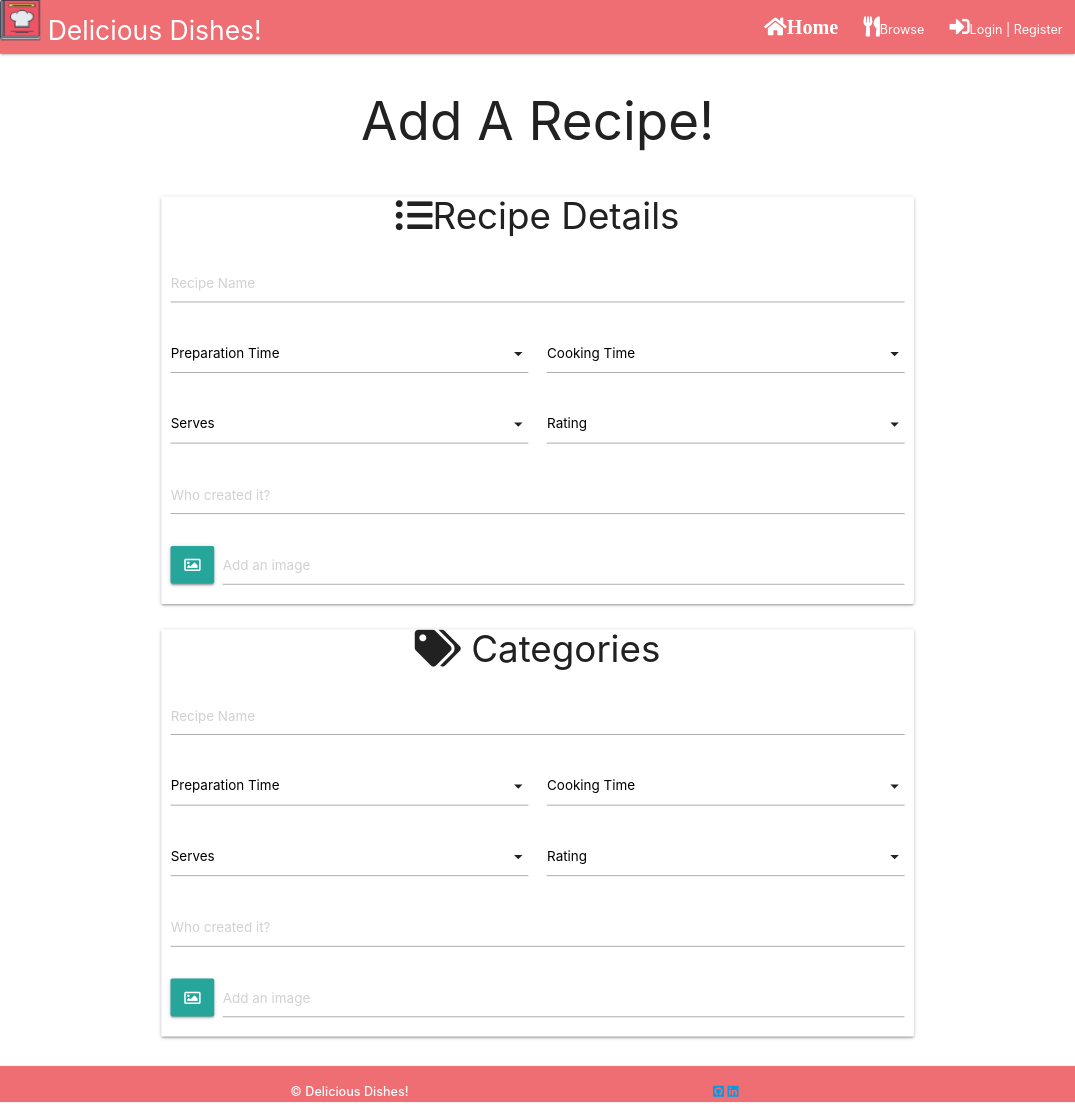
Repository: hebs87/cookbook-milestone-project-three
Page: templates/add_recipe.html
The author's editor kept a record of every edit. The page is drawn from the files as they stood at one moment, then again after the next edit.
The browser window is 1280 px wide. The pictures show the whole page, at 84% of full size.
Some web libraries are served in a nearby version. The page is served by the project's application, run on Flask 3 (app.py). Other server files are loaded and not shown. The template is opened directly, without the code that normally fills it, so the values that code supplies are empty.

Above is the page before.

### templates/add_recipe.html
{% extends "base.html" %} {% block content %}

<!--Page Title-->
<div class="row center-align">
    <div class="col s12">
        <h1 class="title"> Add A Recipe!</h1>
    </div>
</div>

<!--ADD RECIPE FORM WITH NESTED CARDS FOR RELEVANT SECTIONS-->
<div class="row center-align">
    <form method="GET" action="">

        <!--Recipe Details Card-->
        <div class="row card z-depth-1">
            <!--Card Title-->
            <h3><i class="fas fa-list-ul"></i>Recipe Details</h3>
            <!--Recipe Name Field-->
            <div class="input-field col s12">
                <input id="name" name="name" type="text" placeholder="Recipe Name" class="form-control validate" required>
                <label for="name"></label>
            </div>
            <!--Prep Time Select-->
            <div class="input-field col s12 m6">
                <select id="prep_time" name="prep_time" class="form-control validate" required>
                    <option value="" disabled selected>Preparation Time</option>
                    <option value="">1</option>
                </select>
            </div>
            <!--Cook Time Select-->
            <div class="input-field col s12 m6">
                <select id="cook_time" name="cook_time" class="form-control validate" required>
                    <option value="" disabled selected>Cooking Time</option>
                    <option value="">1</option>
                </select>
            </div>
            <!--Serves Select-->
            <div class="input-field col s12 m6">
                <select id="serves" name="serves" class="form-control validate" required>
                    <option value="" disabled selected>Serves</option>
                    <option value="">1</option>
                </select>
            </div>
            <!--Rating Select-->
            <div class="input-field col s12 m6">
                <select id="rating" name="rating" class="form-control validate" required>
                    <option value="" disabled selected>Rating</option>
                    <option value="">1</option>
                </select>
            </div>
            <!--Author Field-->
            <div class="input-field col s12">
                <input id="author" name="Author" type="text" placeholder="Who created it?" class="form-control validate" required>
            </div>
            <!--Image File Input-->
            <div class="file-field input-field col s12">
                <div class="btn">
                    <i class="far fa-image"></i>
                    <input type="file" name="img">
                </div>
                <div class="file-path-wrapper">
                    <input class="file-path validate" name="file_path" placeholder="Add an image" type="text">
                </div>
            </div>
        </div>

        <!--Recipe Categories Card-->
        <div class="row card z-depth-1">
            <!--Card Title-->
            <h3><i class="fas fa-tags"></i> Categories</h3>
            <!--Recipe Name Field-->
            <div class="input-field col s12">
                <input id="name" name="name" type="text" placeholder="Recipe Name" class="form-control validate" required>
                <label for="name"></label>
            </div>
            <!--Prep Time Select-->
            <div class="input-field col s12 m6">
                <select id="prep_time" name="prep_time" class="form-control validate" required>
                    <option value="" disabled selected>Preparation Time</option>
                    <option value="">1</option>
                </select>
            </div>
            <!--Cook Time Select-->
            <div class="input-field col s12 m6">
                <select id="cook_time" name="cook_time" class="form-control validate" required>
                    <option value="" disabled selected>Cooking Time</option>
                    <option value="">1</option>
                </select>
            </div>
            <!--Serves Select-->
            <div class="input-field col s12 m6">
                <select id="serves" name="serves" class="form-control validate" required>
                    <option value="" disabled selected>Serves</option>
                    <option value="">1</option>
                </select>
            </div>
            <!--Rating Select-->
            <div class="input-field col s12 m6">
                <select id="rating" name="rating" class="form-control validate" required>
                    <option value="" disabled selected>Rating</option>
                    <option value="">1</option>
                </select>
            </div>
            <!--Author Field-->
            <div class="input-field col s12">
                <input id="author" name="Author" type="text" placeholder="Who created it?" class="form-control validate" required>
            </div>
            <!--Image File Input-->
            <div class="file-field input-field col s12">
                <div class="btn">
                    <i class="far fa-image"></i>
                    <input type="file" name="img">
                </div>
                <div class="file-path-wrapper">
                    <input class="file-path validate" name="file_path" placeholder="Add an image" type="text">
                </div>
            </div>
        </div>

    </form>
</div>

{% endblock %}

### templates/base.html
<!DOCTYPE html>
<html lang="en">

<head>

    <!--Link for Favicon-->
    <link rel="icon" sizes="192x192" href="{{ url_for('static', filename='img/favicon.png') }}" type="image/x-icon">
    <meta charset="UTF-8">
    <meta name="viewport" content="width=device-width, initial-scale=1.0">
    <meta http-equiv="X-UA-Compatible" content="ie=edge">
    <title>Delicious Dishes!</title>

    <!--Link for Materialize-->
    <link rel="stylesheet" href="https://cdnjs.cloudflare.com/ajax/libs/materialize/1.0.0/css/materialize.min.css">
    <!--Link for FontAwesome-->
    <link rel="stylesheet" href="https://use.fontawesome.com/releases/v5.8.2/css/all.css" integrity="sha384-oS3vJWv+0UjzBfQzYUhtDYW+Pj2yciDJxpsK1OYPAYjqT085Qq/1cq5FLXAZQ7Ay" crossorigin="anonymous">
    <!--Link for custom CSS sheet-->


</head>

<body>

    <!--HEADER-->
    <header class="container-fluid">
        <!--NAVBAR-->
        <!--Main Nav-->
        <nav class="nav-extended">
            <div class="nav-wrapper">
                <a href="{{ url_for('index') }}" class="brand-logo"><img src="{{ url_for('static', filename='img/favicon.png') }}" alt="Delicious Dishes Chef Logo" lazyload="on">
                    Delicious Dishes!
                </a>
                <a href="#" data-target="mobile-demo" class="sidenav-trigger">
                    <i class="fas fa-bars" aria-hidden="true"></i>
                </a>
                <ul id="nav-mobile" class="right hide-on-med-and-down">
                    <li>
                        <a href="{{ url_for('index') }}">
                            <i class="fas fa-home" aria-hidden="true">Home</i>
                        </a>
                    </li>
                    <li>
                        <a href="#">
                            <i class="fas fa-utensils" aria-hidden="true"></i>Browse
                        </a>
                    </li>
                    <!--Additional options if user is logged in-->
                    {% if session.user %}
                        <li>
                            <a href="#">
                                <i class="fas fa-user" aria-hidden="true"></i>{{ session['user'] }}
                            </a>
                        </li>
                        <li>
                            <a href="{{ url_for('add_recipe') }}">
                                <i class="fas fa-plus" aria-hidden="true"></i>Add Recipe
                            </a>
                        </li>
                        <li>
                            <a href="{{ url_for('logout') }}">
                                <i class="fas fa-sign-out-alt" aria-hidden="true"></i>Logout
                            </a>
                        </li>
                    <!--If there is no user in session-->
                    {% else %}
                        <li>
                            <a href="{{ url_for('login_register') }}">
                                <i class="fas fa-sign-in-alt" aria-hidden="true"></i>Login | Register
                            </a>
                        </li>
                    {% endif %}
                </ul>
            </div>
        </nav>
        <!--End Main Nav-->
        <!--Mobile Side Nav-->
        <ul class="sidenav" id="mobile-demo">
            <li>
                <a href="{{ url_for('index') }}" class="brand-logo">
                    <h4>Delicious Dishes!</h4>
                </a>
            <li>
                <a href="{{ url_for('index') }}">
                    <i class="fas fa-home" aria-hidden="true"></i>Home
                </a>
            </li>
            <li>
                <a href="#">
                    <i class="fas fa-utensils" aria-hidden="true"></i>Browse
                </a>
            </li>
            <!--Additional options if user is logged in-->
            {% if session.user %}
                <li>
                    <a href="#">
                        <i class="fas fa-user" aria-hidden="true"></i>{{ session['user'] }}
                    </a>
                </li>
                <li>
                    <a href="{{ url_for('add_recipe') }}">
                        <i class="fas fa-plus" aria-hidden="true"></i>Add Recipe
                    </a>
                </li>
                <li>
                    <a href="{{ url_for('logout') }}">
                        <i class="fas fa-sign-out-alt" aria-hidden="true"></i>Logout
                    </a>
                </li>
            <!--If there is no user in session-->
            {% else %}
                <li>
                    <a href="{{ url_for('login_register') }}">
                        <i class="fas fa-sign-in-alt" aria-hidden="true"></i>Login | Register
                    </a>
                </li>
            {% endif %}
        </ul>
        <!--End Mobile Side Nav-->
        <!--END NAVBAR-->

    </header>
    <!--END HEADER-->

    <!--MAIN CONTENT-->
    <main>
        <div class="container">
            <!--Flashed messages to appear at the top of the page, below the Navbar-->
            {% with messages = get_flashed_messages() %}
                {% if messages %}
                    <ul class="flashes center-align">
                        {% for message in messages %}
                        <li>{{ message }}</li>
                        {% endfor %}
                    </ul>
                {% endif %}
            {% endwith %}

            <!--Main content-->
            {% block content %} {% endblock %}
        </div>
    </main>
    <!--END MAIN CONTENT-->

    <!--FOOTER-->
    <footer class="page-footer">
        <div class="container">
            <div class="row center-align">
                <div class="col s12 m6">
                    &copy; <strong>Delicious Dishes!</strong>
                </div>
                <div class="col s12 m6">
                    <a href="https://github.com/hebs87/cookbook-milestone-project-three" target="_blank" rel="noopener" aria-label="GitHub - hebs87">
                        <i class="fab fa-github-square" title="hebs87" aria-hidden="true"></i>
                    </a>
                    <a href="https://www.linkedin.com/in/sunny-hebbar-0b3008174/" target="_blank" rel="noopener" aria-label="LinkedIn - Sunny-Hebbar">
                        <i class="fab fa-linkedin" title="Sunny-Hebbar" aria-hidden="true"></i>
                    </a>
                </div>
            </div>
        </div>
    </footer>
    <!--END FOOTER-->

    <!--Script tag for jQuery-->
    <script src="https://code.jquery.com/jquery-3.4.1.min.js" integrity="sha256-CSXorXvZcTkaix6Yvo6HppcZGetbYMGWSFlBw8HfCJo=" crossorigin="anonymous"></script>
    <!--Script tag for Materialize-->
    <script src="https://cdnjs.cloudflare.com/ajax/libs/materialize/1.0.0/js/materialize.min.js"></script>
    <!--Script tag for custom JS file-->
    <script src="{{ url_for('static', filename='js/script.js') }}"></script>

</body>

</html>

### app.py
import os, json, math
import re
from flask import Flask, render_template, redirect, request, session, g, url_for, flash, Markup
from flask_pymongo import PyMongo
from bson.objectid import ObjectId
from werkzeug.security import check_password_hash, generate_password_hash

# Instance of Flask
app = Flask(__name__)

# Config Flask app and connect to database
app.config["MONGO_DBNAME"] = 'onlineCookbook'
app.config["MONGO_URI"] = os.getenv('MONGO_URI')
# Secret key to enable user sessions for login and flash messages - generates random string
app.secret_key = os.urandom(24)

# Instance of PyMongo
mongo = PyMongo(app)

# DB collection variables
recipes_coll = mongo.db.recipes
rating_coll = mongo.db.ratings
categories_coll = mongo.db.categories
serves_coll = mongo.db.serves
time_coll = mongo.db.time
users_coll = mongo.db.userLogin

# Route to index.html
@app.route('/')
def index():
    return render_template("index.html")

# User login sessions/logout
@app.route('/login_register')
def login_register():
    return render_template("login_register.html")

@app.route('/login', methods=["GET", "POST"])
def login():
    '''
    Login
    Checks that the user exists, and that user's password matches the
    hased password in the database
    '''
    if request.method == "POST":

        username = request.form.get('username').lower()
        password = request.form.get("password")
        existing_user = users_coll.find_one({"username": username})

        # Check if username exists and user's password matches the hashed password
        if existing_user and check_password_hash(existing_user["password"], password):
            flash(Markup("Welcome back " + username + ", you're now logged in!"))
            session['user'] = username
            return redirect(url_for('index'))
        # If either the username or password don't match, generic flash message is displayed
        else:
            flash(Markup("It appears those details don't match what we have, please try again."))
            return redirect(url_for('login'))

    return render_template("login_register.html")

@app.route('/register', methods=["GET", "POST"])
def register():
    '''
    Create new user/register new account
    Checks that the user doesn't already exist, and that length of username
    and password is between 6-15 characters
    Uses generate_password_hash to hash user's password in the database
    '''
    if request.method == "POST":

        new_username = request.form.get('new_username').lower()
        new_password = request.form.get("new_password")

        # Check username and password are alphanumeric
        for letter in new_username:
            if not letter.isalnum():
                flash(Markup("Usernames must be alphanumeric only. Please try another one."))
                return redirect(url_for('register'))
        for letter in new_password:
            if not letter.isalnum():
                flash(Markup("Passwords must be alphanumeric only. Please try another one."))
                return redirect(url_for('register'))

        # Check username and password are between 6-15 characters
        if len(new_username) < 5 or len(new_username) > 15:
            flash(Markup("Usernames must be between 5 and 15 characters. Please try again."))
            return redirect(url_for('register'))
        if len(new_password) < 5 or len(new_password) > 15:
            flash(Markup("Passwords must be between 5 and 15 characters. Please try again."))
            return redirect(url_for('register'))

        # Check if username already exists
        existing_user = users_coll.find_one({"username": new_username})
        if existing_user:
            flash(Markup("Sorry, " + new_username + " is already taken! Please choose another one!"))
            return redirect(url_for('register'))

        # If all checks pass, add user to the database and hash the password
        users_coll.insert_one({
            "username": new_username,
            "password": generate_password_hash(new_password)
        })
        session['user'] = new_username
        flash(Markup("Welcome " + new_username + ", you're now logged in!"))
        return redirect(url_for('index'))

    return render_template("login_register.html")

@app.route('/logout')
def logout():
    '''
    Remove the session cookie and end the user session
    '''
    session.pop('user', None)
    flash(Markup("You were successfully logged out"))
    return redirect(url_for('index'))

@app.before_request
def before_request():
    '''
    Checks if the user is logged in before each request
    '''
    g.user = None
    if 'user' in session:
        g.user = session['user']

# Route to add_recipe.html
@app.route('/add_recipe')
def add_recipe():
    return render_template("add_recipe.html")

if __name__ == '__main__':
    app.run(host=os.getenv("IP", "0.0.0.0"),
            port=int(os.getenv("PORT", "5000")),
            debug=False)

### static/js/script.js
//Initialize Mobile Side Nav
$('.sidenav').sidenav();
//Initialize Tabs
$('.tabs').tabs();
//Initialize Select Form
$('select').formSelect();

After the next edit:
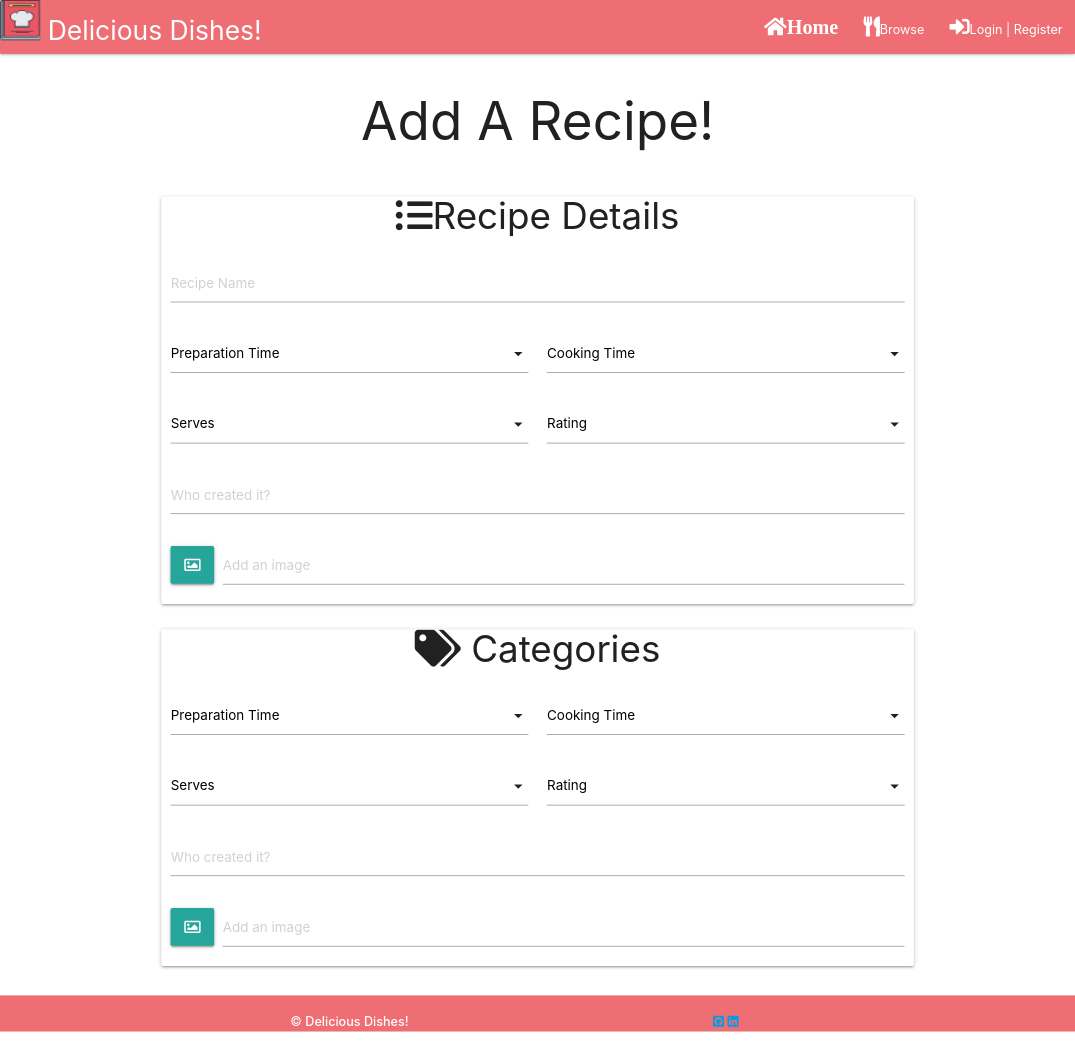
The edit:
--- a/templates/add_recipe.html
+++ b/templates/add_recipe.html
@@ -68,11 +68,6 @@
         <div class="row card z-depth-1">
             <!--Card Title-->
             <h3><i class="fas fa-tags"></i> Categories</h3>
-            <!--Recipe Name Field-->
-            <div class="input-field col s12">
-                <input id="name" name="name" type="text" placeholder="Recipe Name" class="form-control validate" required>
-                <label for="name"></label>
-            </div>
             <!--Prep Time Select-->
             <div class="input-field col s12 m6">
                 <select id="prep_time" name="prep_time" class="form-control validate" required>
